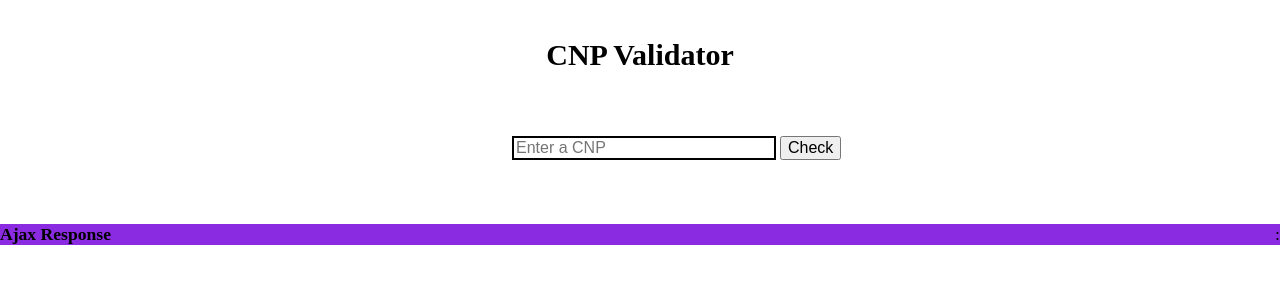
Repository: sabinaPetrisor/CNP_Validator_Project
Page: http://localhost/CNPValidatorProject/
These files come from the project's save history. The page is drawn as it stood at one moment and after the next save; the edit follows.
The browser window is 1280 px wide. The pictures show the whole page.
Some web libraries are served in a nearby version. The page is served by Tomcat 9. Other server files are loaded and not shown.

Above is the page before, as saved 2023-07-10 15:57:40.

### CNPValidatorProject/src/main/webapp/index.jsp
<%@ page language="java" contentType="text/html; charset=ISO-8859-1"
    pageEncoding="ISO-8859-1"%>
<!DOCTYPE html>
<html>
<head>
	<title>CNP Validator</title>
	<meta name="viewport" content="width=device-width, initial-scale=1" charset="ISO-8859-1">
	<style> <%@include file="../css/index.css" %> </style>
	<script type="text/javascript" src="https://ajax.googleapis.com/ajax/libs/jquery/1.6.0/jquery.min.js"></script>
	<script><%@include file="../javascript/display-message-after-click.js" %></script>
</head>
<body>
	<p class="page-title">CNP Validator</p>
	<div class="container">
		<form action="" class="form" method="post">
			<input type="text" placeholder="Enter a CNP" class="insert-text" id="cnp" name="cnp">
			<input type="submit" value="Check" class="form-button" id="check-button" onclick="callAjax()">
		</form>
	</div>

	<div id="msg">
		<strong>Ajax Response</strong>:
	</div>
</body>
</html>

### CNPValidatorProject/src/main/webapp/css/index.css
@charset "ISO-8859-1";

*{
	margin: 0;
	width: 100%;
}

.page-title{
	display: flex;
	justify-content: center;
	font-size: 30px;
	font-weight: bold;
	margin-top: 3%;
}

.container{
	display: flex;
	align-items: center;
	justify-content: center;
	white-space: nowrap;
	margin-top: 5%;
}

.form{
	width: 20%;
}

.insert-text{
	border: 2px solid black;
	font-size: 1em;
}

.form-button{
	width: auto;
	font-size: 1em;
}

#msg{
	margin-top: 5%;
	font-size: 1.1em;
	background-color: blueviolet;
	display: flex;
	align-items: center;
	justify-content: center;
}

/*.validation-msg{
	margin-top: 5%;
	font-size: 1.1em;
}*/

.validation-msg-error{
	display: flex;
	align-items: center;
	justify-content: center;
	color: red;
}

.validation-msg-success{
	display: flex;
	align-items: center;
	justify-content: center;
	color: green;
}

Loaded but not shown: CNPValidatorProject/src/main/webapp/javascript/display-message-after-click.js (no copy from this time; the picture is the same without it)

After the next save:
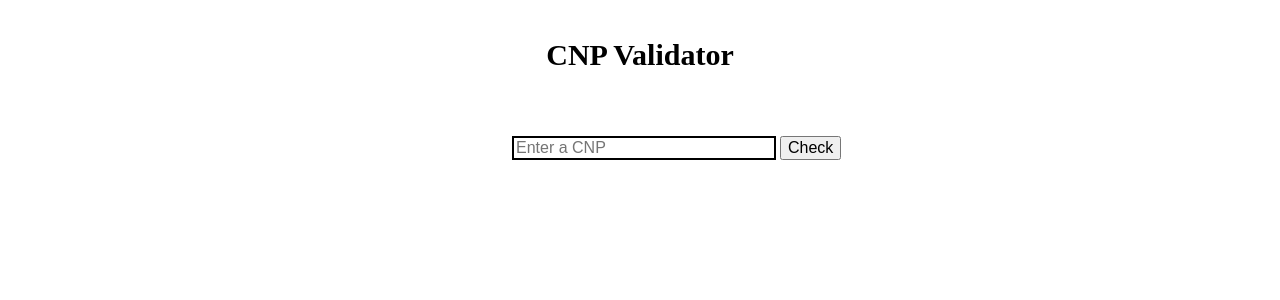
Saved 67 s later.
--- a/CNPValidatorProject/src/main/webapp/index.jsp
+++ b/CNPValidatorProject/src/main/webapp/index.jsp
@@ -19,7 +19,6 @@
 	</div>
 
 	<div id="msg">
-		<strong>Ajax Response</strong>:
 	</div>
 </body>
 </html>
